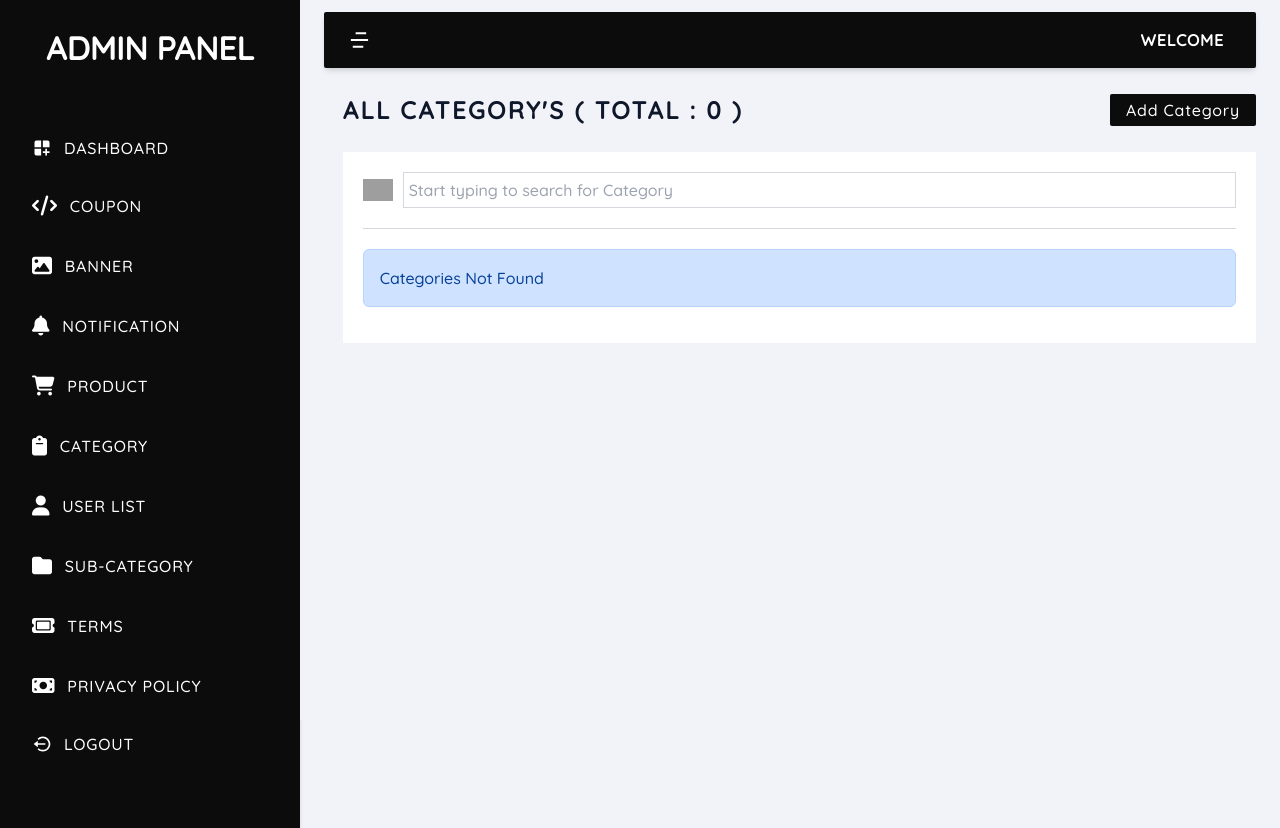
Repository: FlyweisReact/Sudarshan
Page: /admin/category
An editor plug-in stored every save of this project. The page is shown before and after the next save, followed by the edit.
The browser window is 1280 px wide. The pictures show the whole page.
Pictures or frames that could not be fetched are drawn as grey boxes. The page's requests for data from a server got no answer. Some web libraries are served in a nearby version. The project was rebuilt for these pictures with package versions that can differ from the ones it lists, and the page was loaded fresh each time. No one was signed in, and anything a server would have sent is missing. Also part of the build but not shown: src/Admin/forms/AdminLogin.jsx, src/Admin/pages/Dashboard/AdminDashboard.js, src/Admin/pages/Banner/AdminBanner.js, src/Admin/pages/subcategory/AdminSubCategory.js, src/Admin/pages/Product/AdminProduct.js, src/Admin/pages/Product/AdminSingleProduct.js, src/Admin/pages/Order/AdminOrder.js, src/Admin/pages/Order/AdminViewOrder.js and 13 more.

Above is the page before, as saved 2023-09-11 16:37:32.

### public/index.html
<!-- @format -->

<!DOCTYPE html>
<html lang="en">
  <head>
    <meta charset="utf-8" />
    <meta name="viewport" content="width=device-width, initial-scale=1" />
    <meta name="theme-color" content="#000000" />
    <meta
      name="description"
      content="Web site created using create-react-app"
    />
    <link rel="icon" href="%PUBLIC_URL%/favicon.png" />
    <link rel="manifest" href="%PUBLIC_URL%/manifest.json" />
    <link rel="preconnect" href="https://fonts.googleapis.com" />
    <link rel="preconnect" href="https://fonts.gstatic.com" crossorigin />
    <link
      href="https://fonts.googleapis.com/css2?family=Quicksand:wght@500&display=swap"
      rel="stylesheet"
    />
    <title>Sudarshan</title>
  </head>
  <body>
    <noscript>You need to enable JavaScript to run this app.</noscript>
    <div id="root"></div>
    <script src="https://code.jquery.com/jquery-3.6.0.min.js"></script>
    <script
      src="https://kit.fontawesome.com/b533b351e4.js"
      crossorigin="anonymous"
    ></script>
  </body>
</html>

### src/index.js
import React from "react";
import ReactDOM from "react-dom/client";
import "./index.css";
import App from "./App";
import { BrowserRouter } from "react-router-dom";
import 'bootstrap/dist/css/bootstrap.min.css'
import "react-toastify/dist/ReactToastify.css";
import "owl.carousel/dist/assets/owl.carousel.css";
import "owl.carousel/dist/assets/owl.theme.default.css";

const root = ReactDOM.createRoot(document.getElementById("root"));
root.render(
  <React.StrictMode>
    <BrowserRouter>
      <App />
    </BrowserRouter>
  </React.StrictMode>
);

### src/index.css
/** @format */

@tailwind base;
@tailwind components;
@tailwind utilities;

body {
  margin: 0;
  font-family: Quicksand !important;
  -webkit-font-smoothing: antialiased;
  -moz-osx-font-smoothing: grayscale;
}

code {
  font-family: Quicksand !important;
}

html {
  font-family: Quicksand !important;
}

::-webkit-scrollbar {
  width: 10px;
}

.iCOn {
  transition: 0.5s;
  box-shadow: none;
  transform: scale(1);
}
.cardDiv {
  cursor: pointer;
}

.cardDiv:hover .iCOn {
  box-shadow: rgba(0, 0, 0, 0.35) 0px 5px 15px;
  transform: scale(1.3);
}

/* Track */
::-webkit-scrollbar-track {
  background: #f1f1f1;
}

/* Handle */
::-webkit-scrollbar-thumb {
  background: #888;
}

/* Handle on hover */
::-webkit-scrollbar-thumb:hover {
  background: #555;
}
.profileImage {
  width: 100px;
}
.fa-eye {
  color: #029aff;
  cursor: pointer;
}
.fa-edit {
  cursor: pointer;
  color: blue;
}

.View {
  border: 1px solid black;
  width: 100%;
  padding: 10px;
}

.main-card--container {
  display: grid;
  grid-template-columns: repeat(3, minmax(300px, 500px));
  grid-gap: 50px;
  justify-content: space-around;
}
.card-container {
  margin: 25px 0 auto;
  box-shadow: rgba(0, 0, 0, 0.35) 0px 5px 15px;
  position: relative;
  display: grid;
  grid-template-columns: 1fr;
  justify-content: space-around;
  align-items: flex-start;
}

.myEdit:focus {
  box-shadow: rgba(0, 0, 0, 0.35) 0px 5px 15px;
}

.AstroLogin {
  color: #fff;
  background-color: #2b7a8e;
  padding: 10px;
  width: 380px;
  text-align: center;
  font-size: 20px;
  background: linear-gradient(to left, #2b7a8e 50%, #fff 50%) right;
  background-size: 200%;
  transition: 0.5s ease-out;
  border: 1px solid #2b7a8e;
  margin-top: 10px;
  text-transform: uppercase;
}
.AstroLogin:hover {
  background-position: left;
  color: #2b7a8e;
}

.EcommerceAdminLogin {
  color: #fff;
  background-color: #0c0c0c;
  padding: 10px;
  width: 380px;
  text-align: center;
  font-size: 20px;
  background: linear-gradient(to left, #0c0c0c 50%, #fff 50%) right;
  background-size: 200%;
  transition: 0.5s ease-out;
  border: 2px solid #0c0c0c;
  margin-top: 10px;
  text-transform: uppercase;
}
.EcommerceVendorLogin {
  color: #fff;
  background-color: #576cbc;
  padding: 10px;
  width: 380px;
  text-align: center;
  font-size: 20px;
  background: linear-gradient(to left, #576cbc 50%, #fff 50%) right;
  background-size: 200%;
  transition: 0.5s ease-out;
  border: 1px solid #576cbc;
  margin-top: 10px;
  text-transform: uppercase;
}

.EcommerceVendorLogin:hover {
  background-position: left;
  color: #576cbc;
}

.view {
  background-color: #2196f3;
  color: #fff;
  width: 50%;
  padding: 5px;
}

.two-sec {
  display: flex;
  justify-content: space-evenly;
  justify-content: space-evenly;
}
.two-sec .left {
  width: 60%;
  background-color: #f6f1ef;
  padding: 20px;
}
.two-sec .left .head {
  font-size: 25px;
  font-weight: bold;
}

.two-sec .right {
  width: 30%;
  background-color: #f6f1ef;
}

.searchDiv {
  width: 100%;
  display: flex;
  gap: 10px;
  border: 1px solid rgb(179, 179, 179);
  padding: 10px;
  margin-bottom: 20px;
  align-items: center;
}
.searchDiv input {
  width: 94%;
  outline: none;
  border: none;
}

.flexCont {
  display: flex;
  align-items: center;
  gap: 10px;
}
.flexCont img {
  width: 60px;
  background-color: #e9ecef;
}

.blockContent {
  display: block;
}
.blockContent p {
  margin: 0;
}

.checkBox {
  width: 50px;
  height: 25px;
  background-color: #e9ecef;
  border-radius: 50px;
  position: relative;
  cursor: pointer;
}
.checkBox span {
  width: 20px;
  height: 20px;
  border-radius: 100%;
  background-color: #fff;
  position: absolute;
  left: 5px;
  top: 2px;
}
.ActivecheckBox {
  width: 50px;
  height: 25px;
  background-color: #0d6efd;
  border-radius: 50px;
  position: relative;
  cursor: pointer;
}
.ActivecheckBox span {
  width: 20px;
  height: 20px;
  border-radius: 100%;
  background-color: #fff;
  position: absolute;
  right: 5px;
  top: 2px;
}

.fa-eye {
  color: #0cba73;
  background-color: #d6f8e8;
  width: 35px;
  text-align: center;
  height: 35px;
  display: flex;
  border-radius: 100%;
  justify-content: center;
  padding-top: 10px;
  transition: 0.5s;
}

.fa-pen-to-square {
  color: #f4c39c;
  background-color: #ffebdb;
  width: 35px;
  text-align: center;
  height: 35px;
  display: flex;
  border-radius: 100%;
  justify-content: center;
  padding-top: 10px;
  cursor: pointer;
  transition: 0.5s;
}
.fa-trash {
  color: #df939f;
  background-color: #ffe1e8;
  width: 35px;
  text-align: center;
  height: 35px;
  display: flex;
  border-radius: 100%;
  justify-content: center;
  padding-top: 10px;
  cursor: pointer;
  transition: 0.5s;
}
.fa-trash:hover {
  transform: scale(1.2);
}
.fa-eye:hover {
  transform: scale(1.2);
}
.fa-pen-to-square:hover {
  transform: scale(1.2);
}
.required {
  color: #e74260;
}

.headP {
  margin-left: 2%;
  color: #7b7c7d;
}
.filterBox {
  display: flex;
  align-items: center;
  gap: 10px;
  border-bottom: 1px solid #d4d7dc;
  padding-bottom: 20px;
  margin-bottom: 20px;
}
.filterBox img {
  width: 30px;
}
.filterBox input {
  width: 100%;
  border: 1px solid #d4d7dc;
  outline: none;
  padding: 5px;
  color: black;
}
.sectionCont {
  width: 98%;
  background-color: #fff;
  margin-left: 2%;
  padding: 20px;
}

.overFlowCont {
  width: 100%;
  overflow-x: auto;
}

.logo {
  width: 100px;
  margin-bottom: 20px;
}

.updateProfile {
  margin-left: 20px;
  border: 1px solid #fff;
  border-radius: 100%;
  font-size: 1.2rem;
  padding: 10px;
  transition: 0.5s;
  cursor: pointer;
}
.updateProfile:hover {
  border: 1px solid #19376d;
  color: #19376d;
  background-color: #fff;
}

.Normalbtn {
  background-color: #19376d !important;
  border: 1px solid #19376d !important;
  border-radius: 0px !important;
}

.ImageCarousel {
  width: 150px !important;
  margin: 0px !important;
  height: 150px !important;
}
.CarouselImages {
  width: 60px;
  height: auto;
}
.CarouselImages img {
  width: 100% !important;
  height: 100% !important;
}

.ModalCarousel {
  width: 100% !important;
  height: 500px !important;
}
.ModalCarousel {
  width: 100% !important;
  height: 500px !important;
}
.ModalCarousel img {
  width: 100% !important;
  height: 500px !important;
}

.gridCont {
  display: grid;
  grid-template-columns: auto auto auto;
  justify-content: space-evenly;
}
.gridCont div {
  width: 400px;
  height: 300px;
  box-shadow: rgba(0, 0, 0, 0.35) 0px 5px 15px;
  padding: 10px;
  position: relative;
  margin-top: 20px;
}
.gridCont div img {
  width: 100%;
}
.delete-Btn {
  width: 90%;
  margin-left: 2%;
  color: #c44b3f;
  border: 1px solid #c44b3f;
  position: absolute;
  bottom: 10px;
  transition: 0.5s;
  padding: 10px;
}

.delete-Btn:hover {
  background-color: #c44b3f;
  color: #fff;
}

.BannerCarousel {
  width: 300px;
  margin: 0px !important;
}
.BannerCarouselImage {
  width: 300px;
}
.BannerCarouselImage img {
  width: 100%;
}

.pagination {
  display: flex;
  justify-content: center;
  align-items: center;
  gap: 10px;
  margin-bottom: 20px;
}
.pagination button {
  border: 1px solid black;
  padding: 10px;
}

.activePage {
  background-color: #19376d;
  color: #fff;
  border: 1px solid #19376d !important;
}

.active {
  background-color: #fff;
  color: #19376d !important;
}
.prevBtn {
  background-color: #fff;
  color: #19376d;
  border: 1px solid #19376d !important;
  transition: 0.5s;
}

.prevBtn:hover,
.prevBtn:focus,
.prevBtn:active {
  background-color: #19376d;
  color: #fff;
  border: 1px solid #19376d !important;
}
.nextBtn {
  background-color: #fff;
  color: #19376d;
  border: 1px solid #19376d !important;
  transition: 0.5s;
}

.nextBtn:hover,
.nextBtn:focus,
.nextBtn:active {
  background-color: #19376d;
  color: #fff;
  border: 1px solid #19376d !important;
}

.dangerBox {
  position: relative;
}
.dangerBox i {
  position: absolute;
  top: 50%;
  left: 90%;
  transform: translate(-50%, -50%);
  cursor: pointer;
}

.centerImage {
  max-width: 300px;
}
.img-cont {
  display: flex;
  gap: 10px;
  justify-content: center;
  flex-wrap: wrap;
  align-items: flex-start;
}
.img-cont div {
  position: relative;
}
.img-cont div i {
  position: absolute;
  top: 10px;
  right: 10px;
  background-color: transparent;
}
/* ============== user data styling =========*/

.ud2 {
  display: flex;
  justify-content: space-between;
  margin-top: 20px;
}
.ud3 {
  width: 49%;
}
.ud4 {
  width: 49%;
}

.ud4 button {
  background: #c44b3f;
  width: 50%;
  height: 40px;
  border-radius: 4px;
  border: none;
  color: #fff;
}

/* ============ single order styling ================*/

#pdfGen {
  margin: 20px;
}
#pdfGen .Heading-Container {
  display: flex;
  align-items: center;
}
#pdfGen .Heading-Container img {
  width: 100px;
}
#pdfGen .Heading-Container .content {
  width: 80%;
  text-align: center;
}
#pdfGen .Heading-Container .content h2 {
  margin: 0;
  font-weight: bold;
  font-size: 25px;
}
#pdfGen .Heading-Container .content p {
  margin: 0;
  font-size: 14px;
  font-weight: 600;
  color: #a8a1a1;
}

.two-cont {
  display: flex;
  justify-content: space-between;
  padding-top: 10px;
  gap: 20px;
}
.two-cont p {
  margin: 0;
}
.two-cont .left {
  width: 40%;
}
.two-cont .left h6 {
  font-size: 14px;
  font-weight: bold;
}
.two-cont .left .box {
  border: 2px solid black;
  width: 100%;
  padding: 8px;
}
.two-cont .left .box p {
  font-size: 15px;
}
.two-cont .left .box .strong {
  font-weight: bold;
}
.two-cont .left .box p {
  font-weight: 600;
}
.two-cont .right {
  width: 60%;
  border: 2px solid black;
  padding: 10px;
}
.two-cont .right table {
  width: 100%;
  table-layout: fixed;
}
.two-cont .right td {
  font-weight: 900 !important;
  padding: 5px;
}
.bordererd {
  border-right: 2px solid black;
}
#pdfGen .empty {
  background-color: #000;
  height: 2px;
  margin-top: 20px;
}

#pdfGen {
  min-height: 100vh;
  display: flex;
  justify-content: space-between;
  flex-direction: column;
}

#pdfGen .Table {
  width: 100%;
  margin-top: 20px;
}
#pdfGen .Table tbody tr {
  border: 1px solid black;
}
#pdfGen .Table tbody tr td {
  padding: 5px;
  padding-bottom: 10px;
}

#pdfGen .Main_Table {
  display: flex;
  justify-content: flex-end;
  align-items: center;
  padding-top: 10px;
  gap: 50px;
  align-items: center;
}
#pdfGen .Main_Table p {
  font-weight: 900;
}

#pdfGen .below_Div .four-sec {
  display: flex;
  justify-content: space-evenly;
  border-top: 2px solid black;
  border-bottom: 2px solid black;
  padding: 4px;
}
#pdfGen .below_Div .four-sec p {
  margin: 0;
  font-size: 13px;
  text-align: center;
}
#pdfGen .below_Div .four-sec .stronger {
  font-weight: bold;
}

#pdfGen .below_Div .big_Head {
  font-size: 25px;
  background-color: #85827b;
  text-align: center;
  font-weight: bold;
  color: #fff;
  padding: 0;
  margin: 0;
  padding-bottom: 10px;
}
#pdfGen .below_Div .text-cont p {
  margin: 0;
  font-weight: 700;
  font-size: 14px;
  color: #85827b;
}
#pdfGen .below_Div .text-cont {
  text-align: center;
}
#pdfGen .below_Div .text-cont h5 {
  margin: 0;
  font-weight: 900;
}

.so2 {
  width: 100%;
}

.so4 {
  display: flex;
  justify-content: space-between;
}
.so4 p {
  margin: 0;
}

.searchByDate {
  display: flex;
  align-items: center;
  gap: 10px;
  border-bottom: 1px solid #d4d7dc;
  padding-bottom: 20px;
  margin-bottom: 20px;
  flex-wrap: wrap;
  justify-content: space-between;
}
.searchByDate div {
  width: 45%;
  display: flex;
  gap: 20px;
  align-items: center;
}
.searchByDate input {
  border: 1px solid #d4d7dc;
  width: 80%;
  padding: 10px;
  outline: none;
}
.searchByDate select {
  border: 1px solid #d4d7dc;
  padding: 10px;
  outline: none;
}

.so5 {
  margin-top: 20px;
  width: 98;
  margin-left: 1%;
}

.so5 table {
  width: 100%;
}
.so5 table th,
td {
  font-size: 13px;
  font-weight: 600;
}
.so6 {
  margin-top: 40px;
  margin-left: 65%;
  width: 30%;
}

.so7 {
  display: flex;
  justify-content: space-between;
  width: 80%;
}
.so7 p {
  margin: 0;
}

.downloadBtn {
  background: #0cba73;
  height: 40px;
  color: #fff;
  border-radius: 4px;
  padding: 10px;
}

.HomeGrid {
  display: flex;
  flex-wrap: wrap;
  gap: 20px;
}
.HomeGrid .cardDiv {
  max-width: 350px;
  width: 100%;
}

.loadingSpin {
  display: block !important;
  margin: auto !important;
}

.ActiveNav {
  border: 1px solid #fff;
}

td {
  text-transform: capitalize;
}

.multiple-array {
  display: flex;
  gap: 20px;
  align-items: center;
  margin: 0;
  margin-bottom: 20px;
}
.multiple-array i {
  margin: 0;
  cursor: pointer;
}
.multiple-array input {
  width: 90%;
}
.product-descr {
  border: 1px solid #ced4da;
  border-radius: 10px;
  margin-bottom: 20px;
  padding: 10px;
}
.product-descr ul {
  list-style: disc;
}
.product-descr ul li i {
  margin-left: 20px;
  cursor: pointer;
}

.Image-caro img {
  max-width: 400px !important;
  display: block;
  margin: auto;
}

### src/Baseurl.js
/** @format */

export const Baseurl = "https://green-fyto.vercel.app/";

### src/Admin/layout/HOC.jsx
/** @format */

import React, { useState } from "react";
import Navbar from "./Navbar";
import Sidebar from "./Sidebar";

const HOC = (Wcomponenet) => {
  return function Component() {
    const [hamb, setHamb] = useState(false);
    return (
      <>
        <section
          className="flex overflow-x-hidden relative "
          style={{ backgroundColor: "#f2f3f8" }}
        >
          {/* Sidebar */}
          <div
            className={
              hamb
                ? " absolute top-0 z-30 md:w-auto shadow-md bg-slate-200  w-60 transition-all md:-left-full left duration-150  h-auto overflow-y-auto  left-0 "
                : " md:w-72 z-30 bg-slate-200  shadow-md  md:static absolute top-0 -left-full   transition-all duration-150  overflow-y-auto h-auto"
            }
            style={{ minWidth: "300px" }}
          >
            <Sidebar hamb={hamb} setHamb={setHamb} />
          </div>
          {/* Components & Navbar */}
          <div
            className={
              hamb
                ? " transition-all px-4 py-2  duration-150 w-full h-screen"
                : " w-full h-screen  px-4 py-2   z-50 transition-all duration-150 "
            }
            style={{ backgroundColor: "#f2f3f8" }}
          >
            <Navbar hamb={hamb} setHamb={setHamb} />
            <div className="my-6 text-#000 h-[87%] wcomp overflow-y-auto">
              {" "}
              <Wcomponenet />
            </div>
          </div>
        </section>
      </>
    );
  };
};

export default HOC;

### src/Admin/layout/Navbar.jsx
/** @format */

import { RiMenu4Line } from "react-icons/ri";

const Navbar = ({ hamb, setHamb }) => {
  const Name = localStorage.getItem("name");

  return (
    <>
      <div
        className={
          hamb
            ? "flex  w-full justify-between  my-1 rounded-sm  p-4 py-3 shadow-md items-center  bg-slate-200 space-x-4"
            : "flex  w-full justify-between my-1 rounded-sm  p-4 py-3 shadow-md items-center  bg-slate-200 space-x-4"
        }
        style={{ backgroundColor: "#0c0c0c" }}
      >
        <RiMenu4Line
          onClick={() => setHamb(!hamb)}
          className="text-2xl font-bold text-gray-900 hover:scale-90 cursor-pointer"
          style={{ color: "#fff" }}
        />

        <section className="flex sm:ml-auto justify-end sm:w-full items-center space-x-2  pr-2">
          <figcaption className="tracking-wider pl-1 font-semibold">
            <div
              className="lg:text-base text-sm text-gray-900  uppercase"
              style={{ color: "#fff" }}
            >
              Welcome {Name}
            </div>
          </figcaption>
        </section>
      </div>
    </>
  );
};

export default Navbar;

### src/Admin/layout/Sidebar.jsx
/** @format */

import React from "react";
import { RiCloseLine } from "react-icons/ri";
import { Link, useNavigate } from "react-router-dom";
import { BiLogOutCircle } from "react-icons/bi";
import { MdDashboardCustomize } from "react-icons/md";
import { toast } from "react-toastify";

const Sidebar = ({ hamb, setHamb }) => {
  const navigate = useNavigate();

  const nav = [
    {
      icon: <MdDashboardCustomize className="text-xl mr-3 rounded-full " />,
      link: "/admin/dashboard ",
      name: "Dashboard",
    },
    {
      icon: <i className="fa-solid fa-code text-xl mr-3 rounded-full " />,
      link: "/coupon",
      name: "Coupon",
    },
    {
      icon: <i className="fa-solid fa-image text-xl mr-3 rounded-full " />,
      link: "/admin/banner ",
      name: "Banner",
    },

    {
      icon: <i className=" fa-solid fa-bell text-xl mr-3 rounded-full " />,
      link: "/notification",
      name: "Notification",
    },

    {
      icon: (
        <i className="fa-solid fa-cart-shopping text-xl mr-3 rounded-full " />
      ),
      link: "/admin/product ",
      name: "Product",
    },
    {
      icon: <i className="fa-solid fa-clipboard text-xl mr-3 rounded-full " />,
      link: "/admin/category ",
      name: "Category",
    },

    {
      icon: <i className="fa-solid fa-user text-xl mr-3 rounded-full " />,
      link: "/user-list",
      name: "User List",
    },

    {
      icon: <i className="fa-solid fa-folder text-xl mr-3 rounded-full " />,
      link: "/admin/sub-category ",
      name: "Sub-Category",
    },
    //    {
    //   icon: (
    //     <i className="fa-solid fa-bag-shopping text-xl mr-3 rounded-full " />
    //   ),
    //   link: "/admin/order",
    //   name: "Order",
    // },

    {
      icon: <i className=" fa-solid fa-ticket text-xl mr-3 rounded-full " />,
      link: "/admin/ticket",
      name: "Terms",
    },
    {
      icon: (
        <i className=" fa-solid fa-money-bill text-xl mr-3 rounded-full " />
      ),
      link: "/admin/COD",
      name: "Privacy Policy",
    },
  ];

  const logOut = () => {
    localStorage.clear();
    navigate("/admin-login");
    toast.success("Logged Out");
  };

  return (
    <>
      <aside
        className="p-4 h-auto"
        style={{ backgroundColor: "#0c0c0c", minHeight: "100vh" }}
      >
        {/* Top */}
        <div className="w-full md:hidden relative  p-2 mb-4">
          <RiCloseLine
            onClick={() => setHamb(!hamb)}
            className="text-3xl  absolute top-2 sm:hover:rotate-[228deg] transition-transform font-bold right-2 sm:hover:text-[22px] text-[rgb(241,146,46)] cursor-pointer"
          />
        </div>{" "}
        <figure className="flex  flex-col items-center">
          <span
            className="font-bold text-[#fff]"
            style={{
              fontSize: "2rem",
              textAlign: "center",
              textTransform: "uppercase",
            }}
          >
            {" "}
            ADMIN PANEL
          </span>
        </figure>
        <nav className="py-6">
          {nav.map((nav) => {
            return (
              <Link
                to={nav.link}
                key={nav.name}
                style={{ textDecoration: "none", textTransform: "uppercase" }}
              >
                <span
                  className="flex my-3 items-center cursor-pointer text-gray-900    tracking-wider p-2 rounded-sm"
                  style={{ color: "#FFF" }}
                >
                  {nav.icon} {nav.name}
                </span>
              </Link>
            );
          })}
          <span
            className="flex my-3 items-center cursor-pointer text-gray-900    tracking-wider p-2 rounded-sm"
            onClick={() => logOut()}
            style={{ color: "#FFF", textTransform: "uppercase" }}
          >
            <BiLogOutCircle className="text-xl mr-3 rounded-full " /> LogOut
          </span>
        </nav>
      </aside>
    </>
  );
};

export default Sidebar;

Loaded but not shown: tailwind.config.js (common file); src/Admin/pages/category/AdminCategory.js (280 lines, source omitted); src/App.js (71 lines, source omitted)

After the next save:
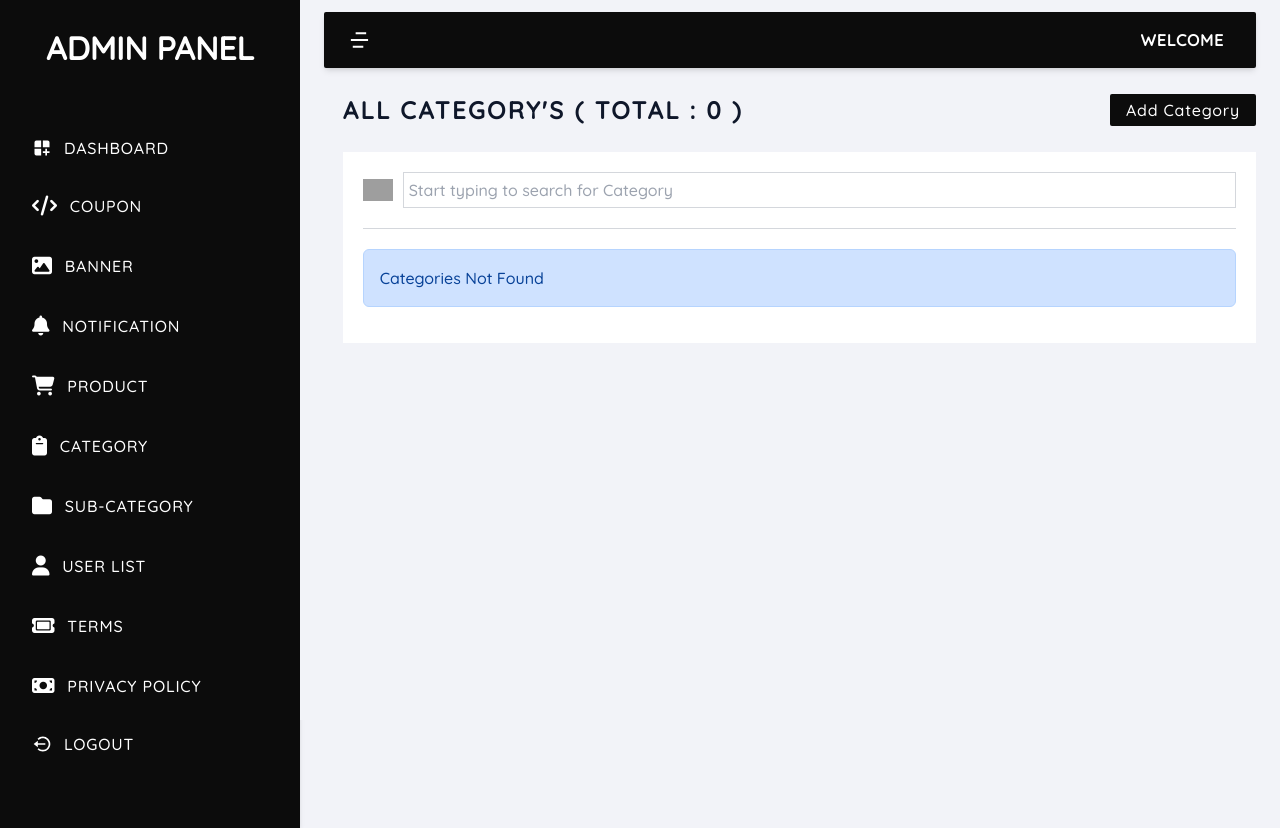
Saved 32 s later.
--- a/src/Admin/layout/Sidebar.jsx
+++ b/src/Admin/layout/Sidebar.jsx
@@ -45,18 +45,18 @@ const Sidebar = ({ hamb, setHamb }) => {
       link: "/admin/category ",
       name: "Category",
     },
-
+    {
+      icon: <i className="fa-solid fa-folder text-xl mr-3 rounded-full " />,
+      link: "/admin/sub-category ",
+      name: "Sub-Category",
+    },
     {
       icon: <i className="fa-solid fa-user text-xl mr-3 rounded-full " />,
       link: "/user-list",
       name: "User List",
     },
 
-    {
-      icon: <i className="fa-solid fa-folder text-xl mr-3 rounded-full " />,
-      link: "/admin/sub-category ",
-      name: "Sub-Category",
-    },
+
     //    {
     //   icon: (
     //     <i className="fa-solid fa-bag-shopping text-xl mr-3 rounded-full " />
